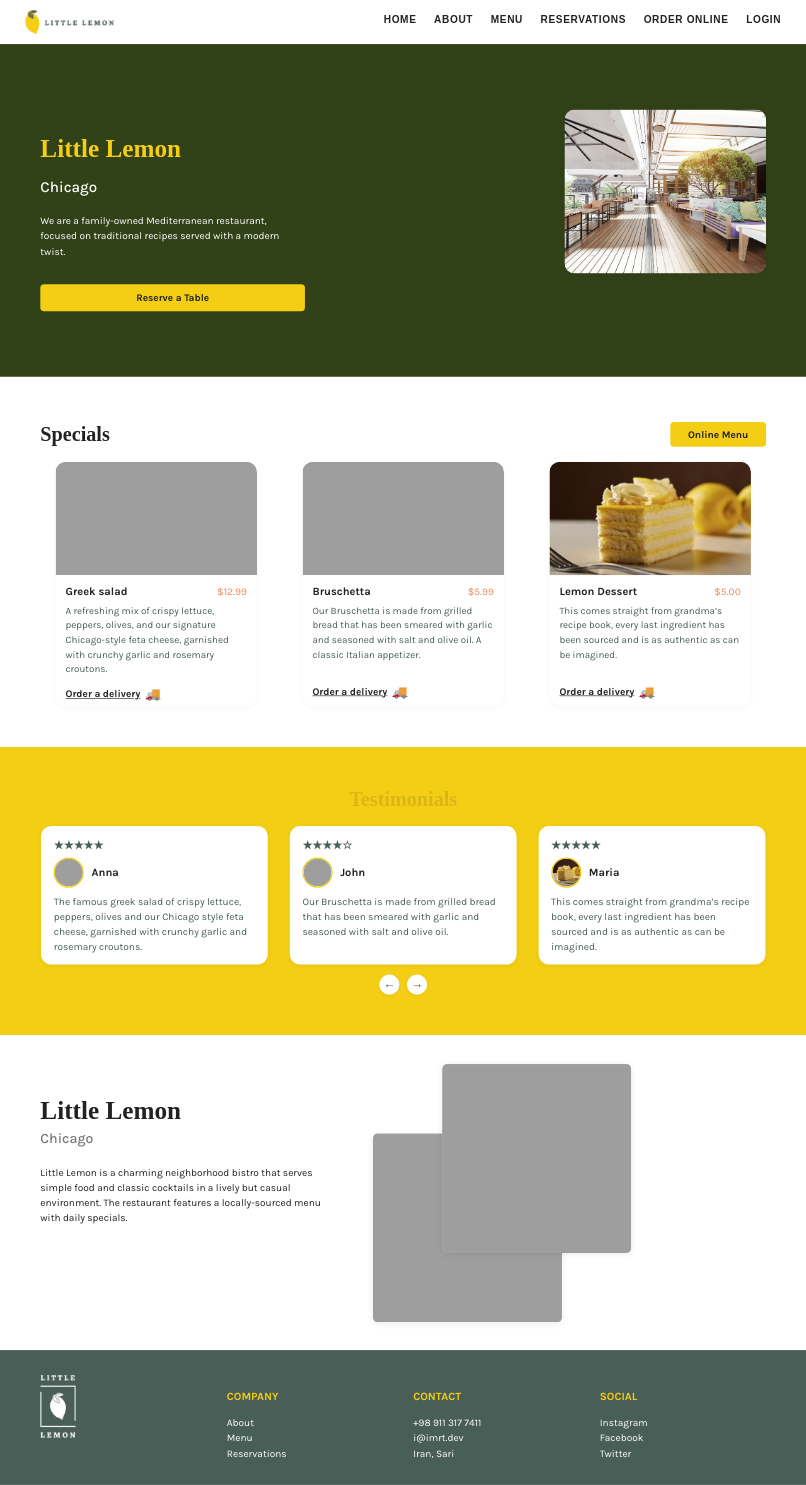
Repository: mrtseven/capstone-little-lemon-mrt
Page: /
These files come from the project's save history. The page is drawn as it stood at one moment and after the next save; the edit follows.
The browser window is 1280 px wide. The pictures show the whole page, at 63% of full size.
Pictures or frames that could not be fetched are drawn as grey boxes. Some web fonts or font styles are not loaded; a fallback is used. The project was rebuilt for these pictures with package versions that can differ from the ones it lists, and the page was loaded fresh each time. Also part of the build but not shown: src/pages/About.jsx, src/pages/Menu.jsx, src/components/ReservationForm.jsx, src/bookingsAPI.js, src/components/ConfirmedReservation.jsx, src/pages/Reservations.jsx, src/pages/Order.jsx, src/pages/Login.jsx.

Above is the page before, as saved 2025-07-28 21:00:03.

After the next save:
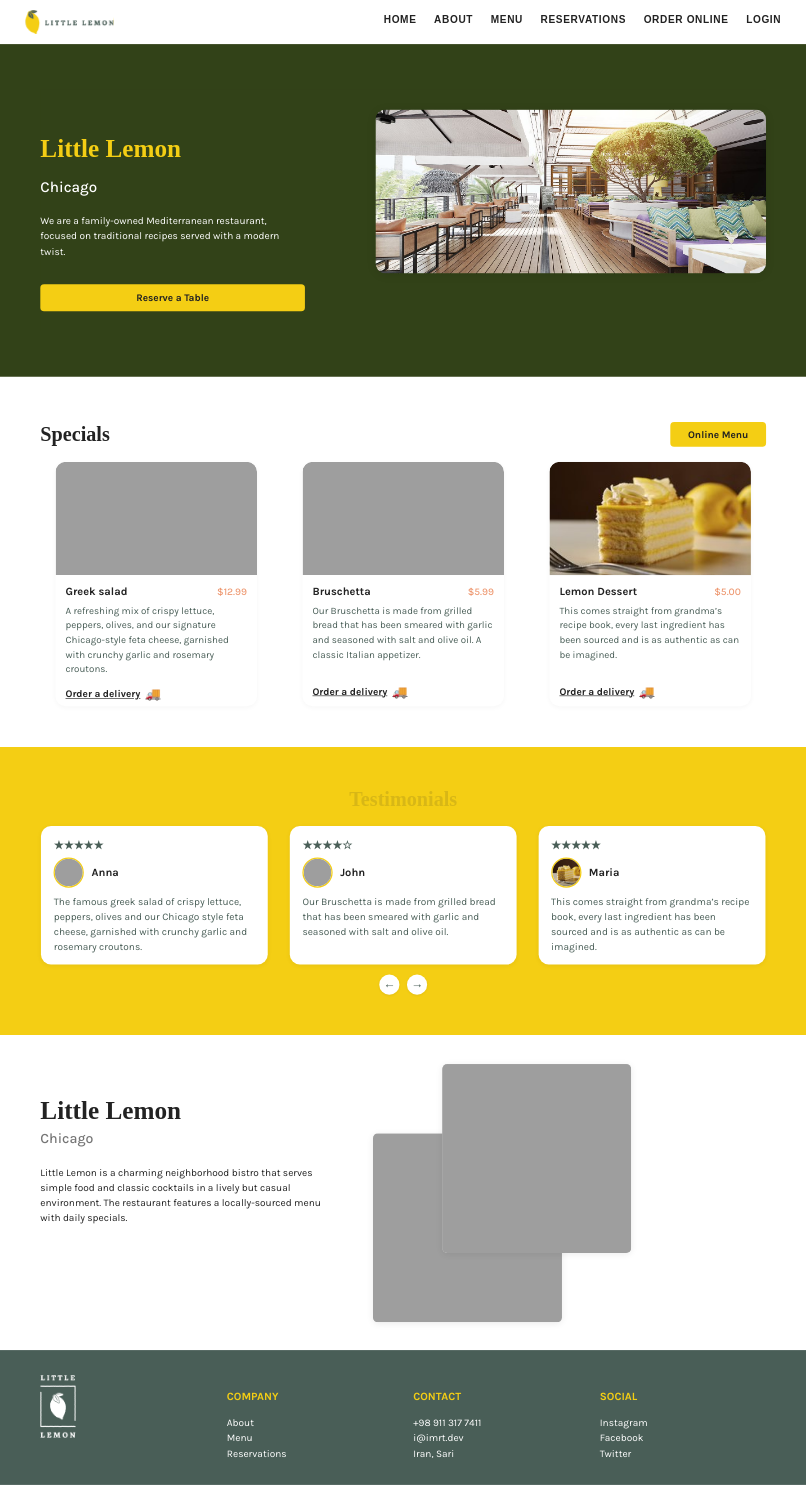
Saved 43 s later.
--- a/src/App.css
+++ b/src/App.css
@@ -335,7 +335,7 @@ p {
   padding: 0;
 }
 .hero-image {
-  width: 320px;
+  width: 620px;
   height: 260px;
   object-fit: cover;
   border-radius: 16px;
